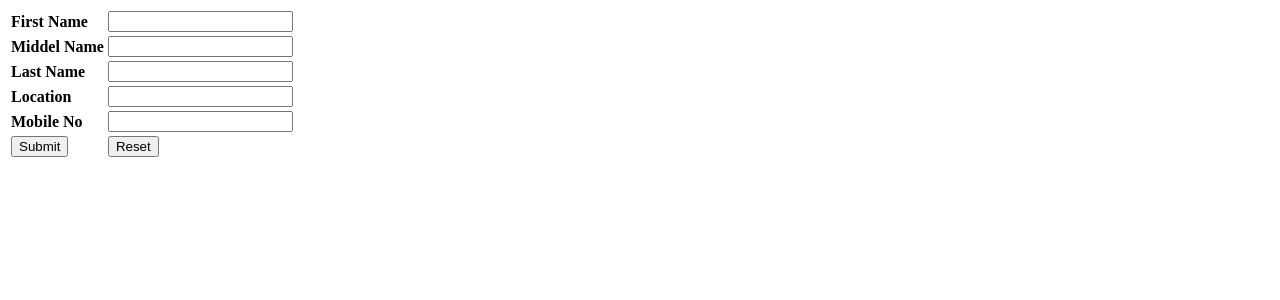
Repository: nosranijuned/WebRegister
Page: WebRegister/WebContent/index.html
These files come from the project's save history. The page is drawn as it stood at one moment and after the next save; the edit follows.
The browser window is 1280 px wide. The pictures show the whole page.

Above is the page before, as saved 2019-03-11 10:55:25.

### WebRegister/WebContent/index.html
<!DOCTYPE html>
<html>
<head>
<meta charset="ISO-8859-1">
<title>Insert title here</title>
<script type="text/javascript">
function GEEKFORGEEKS()
{
    var fname = document.forms["RegForm"]["fname"];
    var mname = document.forms["RegForm"]["mname"];
    var lname = document.forms["RegForm"]["lname"];
    var location =  document.forms["RegForm"]["loc"];
    var mobile = document.forms["RegForm"]["mob"];

    var nregx = /^[a-zA-Z ]+$/;

    if (fname.value == "" && nregx.test(fname.value))
    {
        window.alert("Please enter your first name.");
        fname.focus();
        return false;
    }

    if (mname.value == "")
    {
        window.alert("Please enter your middle name.");
        mname.focus();
        return false;
    }

    if (fname.value == "")
    {
        window.alert("Please enter your last name.");
        fname.focus();
        return false;
    }

     if (location.value == "")
    {
        window.alert("Please enter your location.");
        location.focus();
        return false;
    }

    if (mobile.value == "")
    {
        window.alert("Please enter your mobile no");
        mobile.focus();
        return flase;
    }
   return true;
}
</script>
</head>
<body>
	<form action="" onsubmit="return GEEKFORGEEKS()" method="post">
		<table>
			<tr><td><b>First Name</b></td><td><input type="text" name="fname"></td></tr>
			<tr><td><b>Middel Name</b></td><td><input type="text" name="mname"></td></tr>
			<tr><td><b>Last Name</b></td><td><input type="text" name="lname"></td></tr>
			<tr><td><b>Location</b></td><td><input type="text" name="loc"></td></tr>
			<tr><td><b>Mobile No</b></td><td><input type="text" name="mob"></td></tr>
			<tr><td><input type="submit" value="Submit"></td><td><input type="reset" value="Reset"></td></tr>
		</table>
	</form>
</body>
</html>

After the next save:
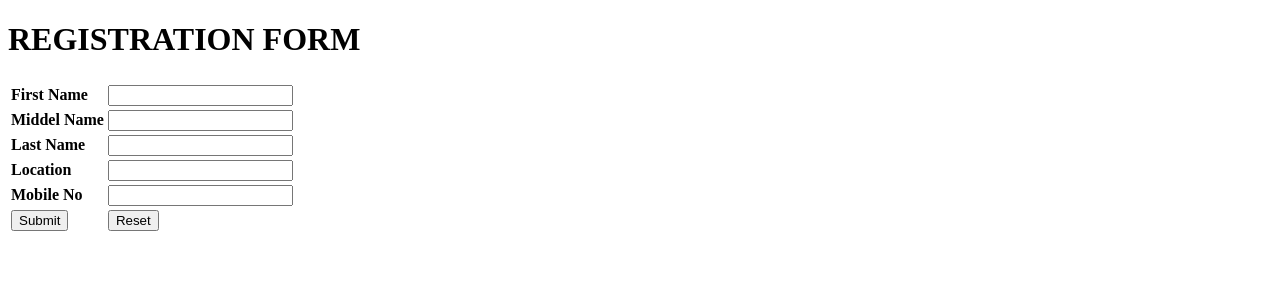
Saved 7 min 24 s later.
--- a/WebRegister/WebContent/index.html
+++ b/WebRegister/WebContent/index.html
@@ -55,6 +55,7 @@ function GEEKFORGEEKS()
 <body>
 	<form action="" onsubmit="return GEEKFORGEEKS()" method="post">
 		<table>
+			<tr><h1>REGISTRATION FORM </h1></tr>
 			<tr><td><b>First Name</b></td><td><input type="text" name="fname"></td></tr>
 			<tr><td><b>Middel Name</b></td><td><input type="text" name="mname"></td></tr>
 			<tr><td><b>Last Name</b></td><td><input type="text" name="lname"></td></tr>
